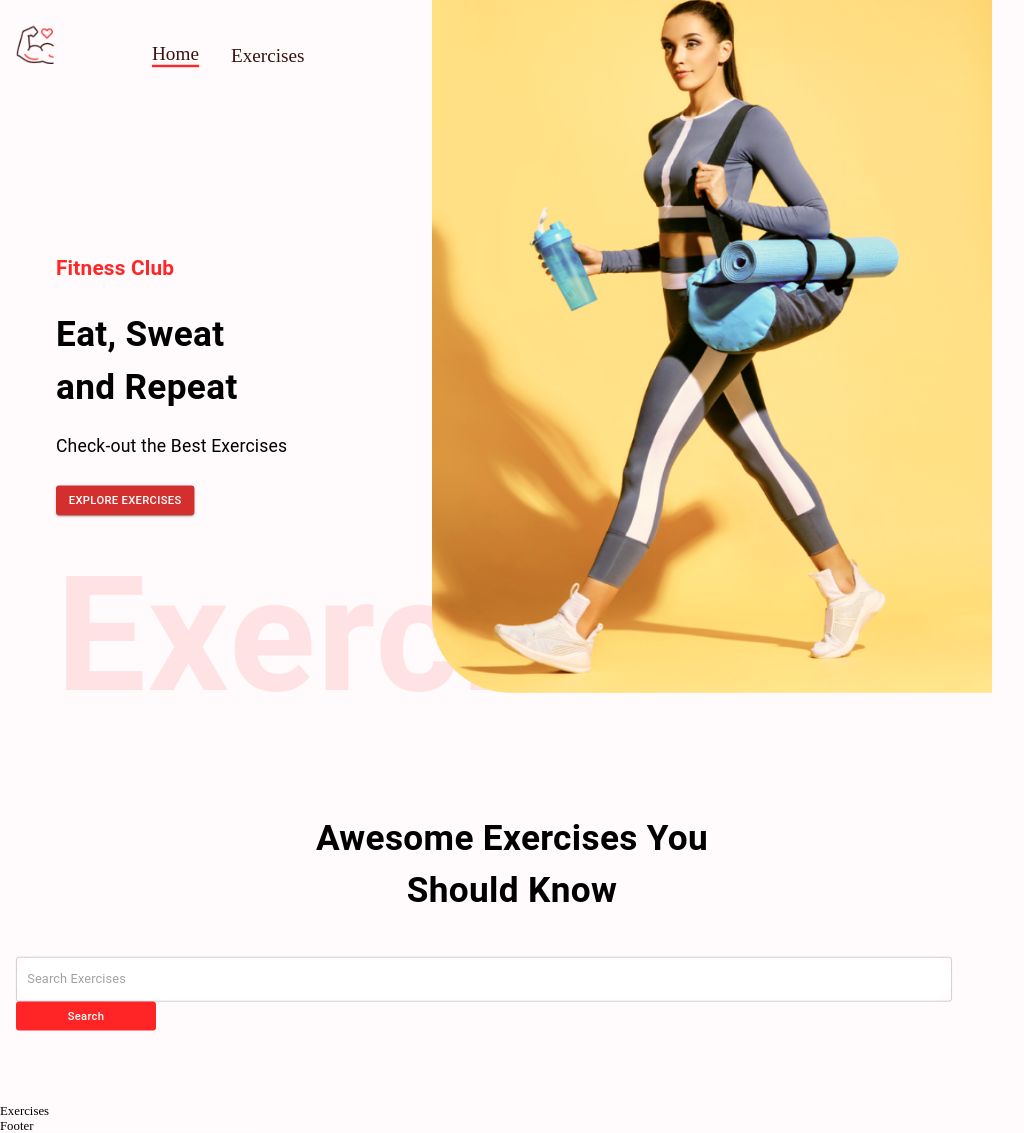
Repository: remydev47/fitness-center
Page: /
These files come from the project's save history. The page is drawn as it stood at one moment and after the next save; the edit follows.
The browser window is 1280 px wide. The pictures show the whole page, at 80% of full size.
The project was rebuilt for these pictures with package versions that can differ from the ones it lists, and the page was loaded fresh each time. Also part of the build but not shown: src/pages/ExerciseDetail.js.

Above is the page before, as saved 2022-07-26 01:17:22.

After the next save:
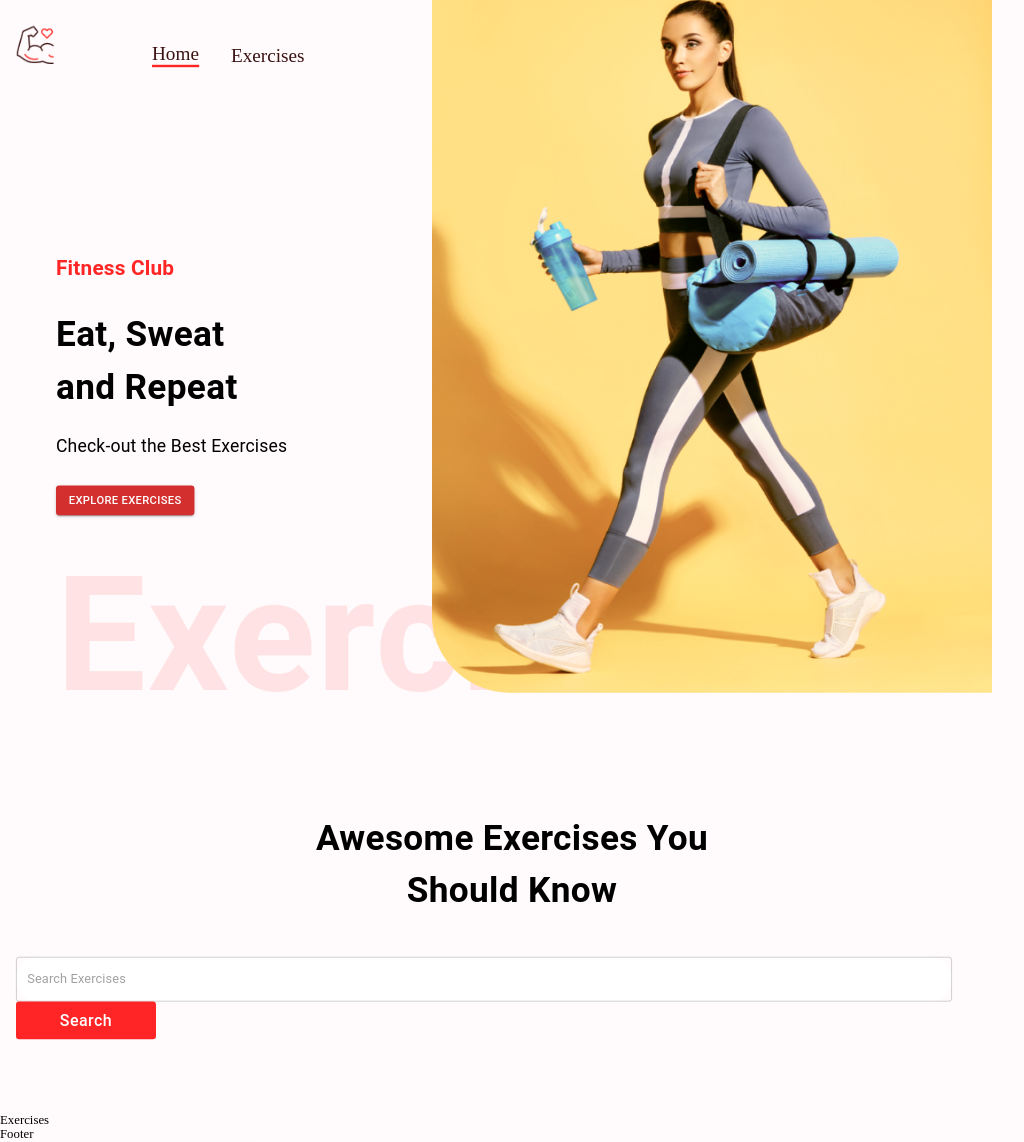
Saved 81 s later.
--- a/src/components/SearchExercises.js
+++ b/src/components/SearchExercises.js
@@ -54,6 +54,10 @@ const SearchExercises = () => {
                 width: {
                     lg : '175px',
                     xs: '80px'
+                },
+                fontSize: {
+                    lg: '20px',
+                    xs: '14px'
                 }
              }}
             >
